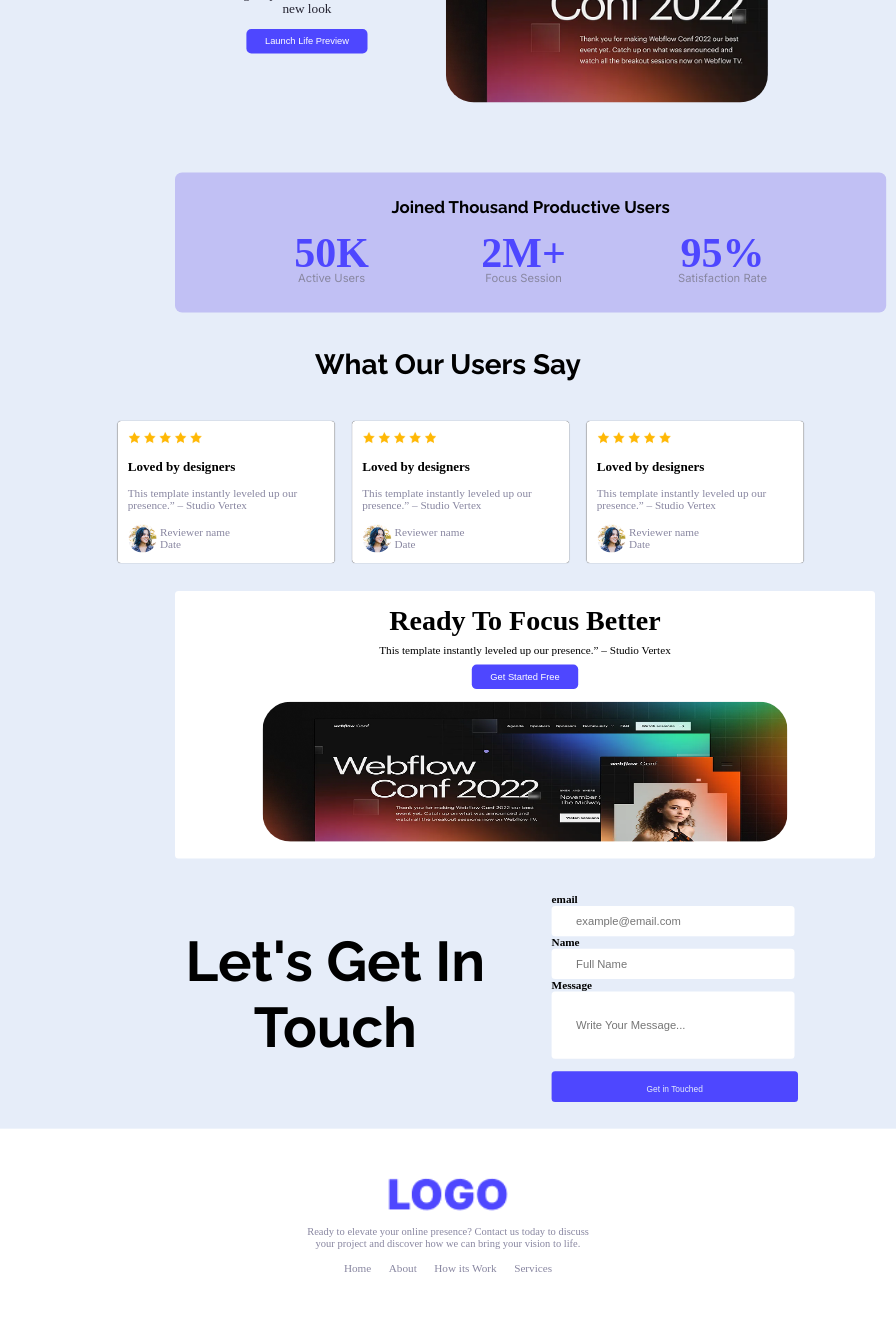
Repository: dollyrakhe22/landing-launchpad
Page: index.html
The author's editor kept a copy of each file at every save. The page is drawn from the files as they stood at one save, then again after the next save.
The browser window is 1280 px wide. The pictures show the part of the page from y = 829 to 2749 px (the page is 2731 px tall before and 2749 px after), at 70% of full size.

Above is the page before, as saved 2025-07-11 17:04:58.

### index.html
<!DOCTYPE html>
<html lang="en">
<head>
    <meta charset="UTF-8">
    <meta name="viewport" content="width=device-width, initial-scale=1.0">
    <title>Landing Launchpad</title>
    <link rel="preconnect" href="https://fonts.googleapis.com">
    <link rel="preconnect" href="https://fonts.googleapis.com">
<link rel="preconnect" href="https://fonts.gstatic.com" crossorigin>
<link href="https://fonts.googleapis.com/css2?family=Inter:ital,opsz,wght@0,14..32,100..900;1,14..32,100..900&family=Open+Sans:ital,wght@0,300..800;1,300..800&family=Raleway:ital,wght@0,100..900;1,100..900&display=swap" rel="stylesheet">
    <link rel="stylesheet" href="style.css">
   </head>
   <body>
    <header>

        <nav>
         <h2 class="inter-normal">LOGO</h2>
            <a href="#"><button class="btn">sign up</button></a>
        </nav>
        <div class="banner-section">
             <h1 class="raleway-normal" >Cool Dark UI Template for <br>Webflow Agencies</h1><br>
            <a href=""><button class="button-container">stay focused</button></a>
        </div>
    </header>
    <main>
           <!--action-container--->
           <div class="section-1">
            <div class="action-text">
                <div>
                <h1 class="">See It in Action</h1><br>
                <p class="" >Explore the life preview and imagine your brand in this bold new look</p><br>
                 <button class="button-container">Launch Life Preview</button>
                 </div>
                 </div>
                <div>
                     <img src="Assets/wc-mini.png" weight="90%"height="100%"
                     alt="" srcset="">
                </div>
            </div>
           <!--Users-Section-->
           <section class="users-container">
            <h1 class="raleway-normal">Joined Thousand Productive Users</h1>
            <div class="contain">
                 <div>
                <h1>50K</h1>
                <p class="inter-normal">Active Users</p>
            </div>
            <div>
                <h1>2M+</h1>
                <p class="inter-normal">Focus Session</p>
            </div>
            <div>
                <h1>95%</h1>
                <p class="inter-normal">Satisfaction Rate</p>
            </div>
            </div>


           </section>
            <!--Review-Card-->
            <section class="review-card">
                <h1 class="raleway-normal">What Our Users Say</h1><br>
                <div class="review-box">


                    <div class="box-1">
                 <div class="stars">
                   <img src="Assets/icon-star.png" alt="" srcset="">
                   <img src="Assets/icon-star.png" alt="" srcset="">
                   <img src="Assets/icon-star.png" alt="" srcset="">
                   <img src="Assets/icon-star.png" alt="" srcset="">
                   <img src="Assets/icon-star.png" alt="" srcset="">
                </div>
                <br>
                <h3>Loved by designers</h3><br>
                <p>This template instantly leveled up our<br> presence.” – Studio Vertex</p><br>
                <div class="avater">
                <div class="user-details">
                    <img src="Assets/avatar.png" alt="" srcset="">

                <p>Reviewer name<br>Date</p>

                </div>
                </div>

               </div>

                <div class="box-1">
                     <div class="stars">
                   <img src="Assets/icon-star.png" alt="" srcset="">
                   <img src="Assets/icon-star.png" alt="" srcset="">
                   <img src="Assets/icon-star.png" alt="" srcset="">
                   <img src="Assets/icon-star.png" alt="" srcset="">
                   <img src="Assets/icon-star.png" alt="" srcset="">
                </div>
                <br>
                <h3>Loved by designers</h3><br>
                <p>This template instantly leveled up our<br> presence.” – Studio Vertex</p><br>
                <div class="avater">
                <div class="user-details">
                    <img src="Assets/avatar.png" alt="" srcset="">

                <p>Reviewer name<br>Date</p>

                </div>
                </div>
                </div>



                <div class="box-1">
                         <div class="stars">
                   <img src="Assets/icon-star.png" alt="" srcset="">
                   <img src="Assets/icon-star.png" alt="" srcset="">
                   <img src="Assets/icon-star.png" alt="" srcset="">
                   <img src="Assets/icon-star.png" alt="" srcset="">
                   <img src="Assets/icon-star.png" alt="" srcset="">
                </div><br>
                <h3>Loved by designers</h3><br>
                <p>This template instantly leveled up our<br> presence.” – Studio Vertex</p><br>
                <div class="avater">
                <div class="user-details">
                    <img src="Assets/avatar.png" alt="" srcset="">

                <p>Reviewer name<br>Date</p>

                </div>
                </div>
                </div>
                </div>
            </section>
<!--Focus-Section-->
<section class="focus-container">
        <div>
            <h1>Ready To Focus Better</h1>
            <p>This template instantly leveled up our presence.” – Studio Vertex</p>
            <a href=""><button class="button-container">Get Started Free</button></a>
        </div>
        <br>
        <div>
            <img src="Assets/wc-big.png" alt="" srcset="">
        </div>





</section>

<section>
 <div>
    <div class="lets">
        <h1 class="raleway-normal">Let's Get In<br>Touch</h1>
  <div class="wrapper">
    <div class="input-data">
        <h4>email</h4>
        <input type="email" placeholder="example@email.com"><br>
       <h4>Name</h4>
       <input type="name" placeholder="Full Name"><br>
          <h4>Message</h4>
        <input type="text" placeholder="Write Your Message..." class="input-message"><br><br>
         <input type="button" value="Get in Touched" class="input-button">


    </div>

  </div>
    </div>
 </div>
</section>
    </main>
<!--Footer-Section-->
    <footer>
<div class="footer-header">

           <div>
            <img src="Assets/LOGO.png" alt="" srcset="" width="170px">
           </div><br>

            <p>Ready to elevate your online presence? Contact us today to discuss<br>
                 your project and discover how we can bring your vision to life.</p><br>

              <div class="footer-list-container">
                 <ul class="list">
                  <li><a href="">Home</a></li>
                  <li><a href="">About</a></li>
                  <li><a href="">How its Work</a></li>
                  <li><a href="">Services</a></li>



                 </ul>
              </div>




</div>

    </footer>
</body>
</html>

### style.css
*{
    padding: 0;
    margin: 0;
}
body{
    background-color:#E6EDF9 ;
}
.inter-normal {
  font-family: "Inter", sans-serif;
  font-optical-sizing: auto;
  font-style: normal;


}


header{
    background-image: url("Assets/Hero-bg.png");


}
/*nav style*/
h2{
    color:#4E47FF;
   font-weight:bolder;
   font-size: 35px;


}



nav{
    display: flex;
    justify-content: space-between;
    padding: 70px;
}
nav button{
    text-decoration: none;
    padding: 10px 25px;
    background-color:#4E47FF ;
    color:white;
    border-radius: 5px;
    border: none;


}
.btn:hover{
    cursor: pointer;
    background-color: rgb(214, 133, 133);
    color: black;
}
.raleway-normal{
  font-family: "Raleway", sans-serif;
  font-optical-sizing: auto;
  font-style: normal;
}
.banner-section{
    text-align: center;
    padding: 90px;
}
.banner-section h1{
    font-weight: bolder;
    font-size: 50px;
}
.button-container{
     padding: 10px 26px;
    background-color:#4E47FF ;
    color:white;
    border-radius: 7px;
    border: none;

}
.button-container:hover{
    cursor: pointer;
    background-color: rgb(214, 133, 133);
    color: black;
}
/*action-container*/

.section-1{
    display: flex;
    justify-content: space-between;
    padding: 50px;
    margin: 190px;
    margin-top: 18px;

}
.action-text{
    text-align: center;
    margin: 50px;
    padding: 20px;
}
.section-1 h3{
    font-size: 40px;
}
.section-1  p{
    color:#252432;
    font-size: 19px;
}
.section-1 img{
    border-radius: 40px;


}
.action-text h1 {
    margin-top: 60px;
    margin-right: -30px;
}









/*Users- Section*/
.users-container{

    text-align: center;
    border: none;
    background-color: #c1c0f4;
    max-width: 996px;
    padding:10px;
    margin: 0px 0px 0px 250px;
    margin-bottom: 50px;
    margin-top: -140px;
    border-radius: 10px;


}
.users-container{
    width: 100%;
    height: 180px;
}
.users-container h1{
    line-height: 50px;
    padding-top: 15px;

}
.contain{
    display: flex;
    justify-content: center;
    justify-content: space-evenly;
    margin-bottom: 30px;



}
.contain h1{
    color: #4E47FF ;
    font-weight: 800px;
    font-size: 60px;

}
.contain p{
    color: #8987A1;

}
/*Review-Card*/

   .box-1{
    border: none;
    width:280px;
    padding: 20px;
    margin-right: 5px;
    background-color:#ffff;
    border-radius: 5px;
    box-shadow: 0px 0px 1px 0px;
    padding: 15px;

   }
   .box-1 p{
    color: #8987A1;

   }
.review-box{
    display: flex;
    justify-content: center;
    gap: 20px;
    margin: 40px 0px 40px 40px;


}
.review-card p{
    color: #8987A1;

}


.review-card h1{
    text-align: center;
    font-size: 40px;
}
.user-details img{
    border-radius: 50%;
}
.user-details{
    display: flex;
    align-items: center;
    gap:5px;
}

/*Focus-Section*/
.focus-container{
    text-align: center;
    margin-bottom: 50px;
    border: none;
    margin-left: 250px;
    padding: 20px 10px 20px 10px;
    width: 980px;
    background-color:#ffff ;
    border-radius: 5px;



}
.focus-container h1 {
    line-height: 45px;
    font-size: 40px;
}
.focus-container p{
    line-height: 40px;
}
.focus-container img{
    width: 750px;
    height: 200px;
    border-radius: 40px;
}
.lets{
    display: flex;
    justify-content: center;
    margin-bottom: 40px;
    margin: 48px 170px;
    justify-content: space-evenly;
}
.lets h1{
        text-align: center;
        margin: 50px;
        font-size: 80px;
        font-weight: bold;
}
.wrapper .input-data{
    height: 0px;
    width: 100%;
}
input{
    width: 100%;
    border: none;
    height: 7px;
    font-size: 16px;
    outline: none;
    padding: 18px 35px;
    border-radius: 5px;
    background-color: #ffff;
}
.input-message{
    height: 60px;
    width: 100%;
    border: none;
     background-color: #ffff;

}

.input-button:hover{
    cursor: pointer;
    background-color: rgb(214, 133, 133);
    color: black;
}
.input-button{
    background-color: #4E47FF;
    padding-bottom: 26px;
    width:127%;
    color:#E6EDF9;
    font-size: 12px;


}
/*--footer-Section--*/
footer{
         height: 290px;
         background-color:#ffff ;

}

footer p{
    color: #8987A1;
    font-size: 15px;
}
.footer-header{
    text-align: center;
    padding: 70px;

}
.footer-list-container ul li{
        list-style: none;
        text-decoration: none;
        display: flex;
        justify-content: center;

}
.footer-list-container ul li a{
    text-decoration: none;
    color: #8987A1;


}
.footer-list-container .list{
    display: flex;
    justify-content: center;
    gap: 25px;

}

After the next save:
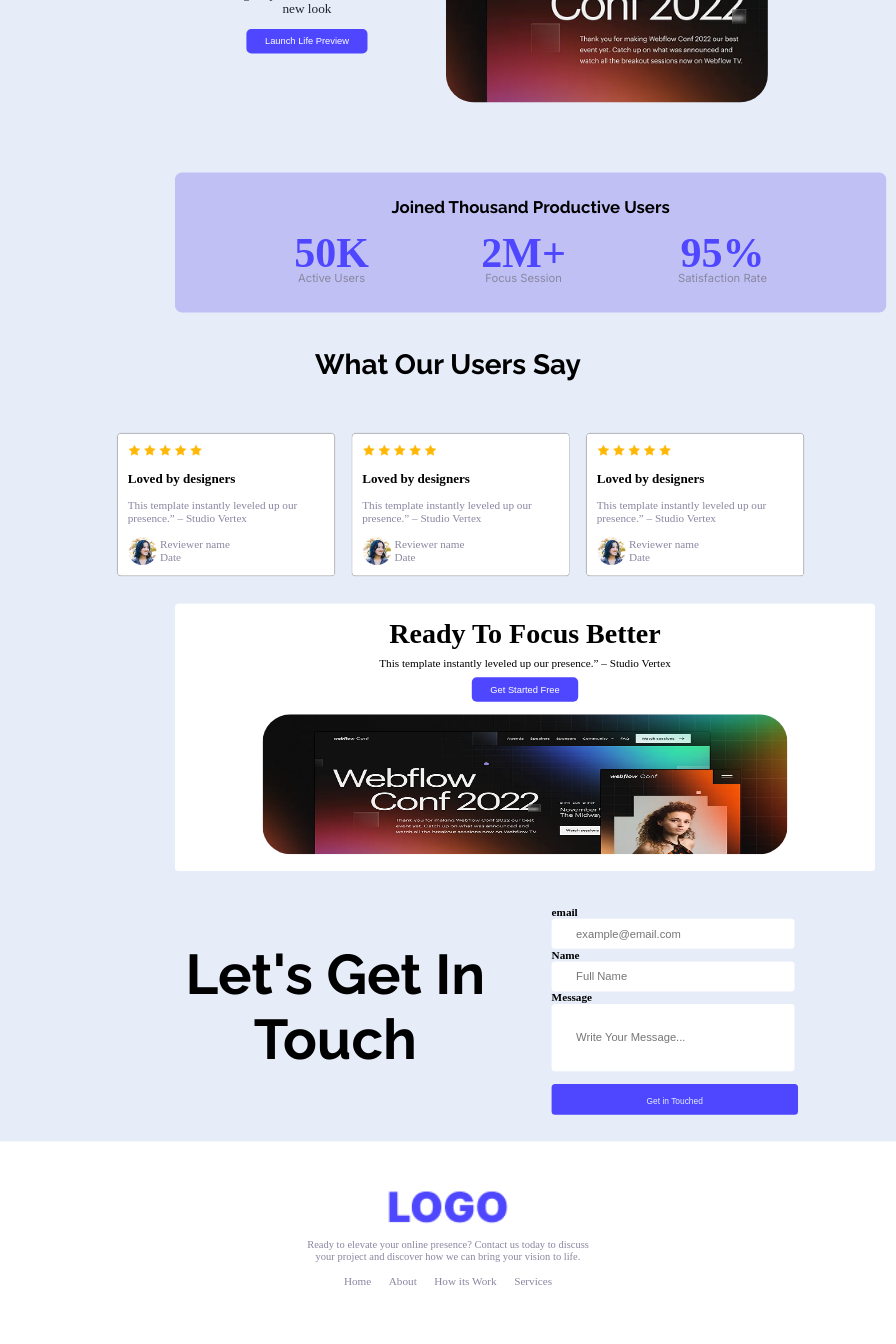
Saved 21 s later.
--- a/index.html
+++ b/index.html
@@ -59,7 +59,7 @@
            </section>
             <!--Review-Card-->
             <section class="review-card">
-                <h1 class="raleway-normal">What Our Users Say</h1><br>
+                <h1 class="raleway-normal">What Our Users Say</h1><br><br>
                 <div class="review-box">
 
 
